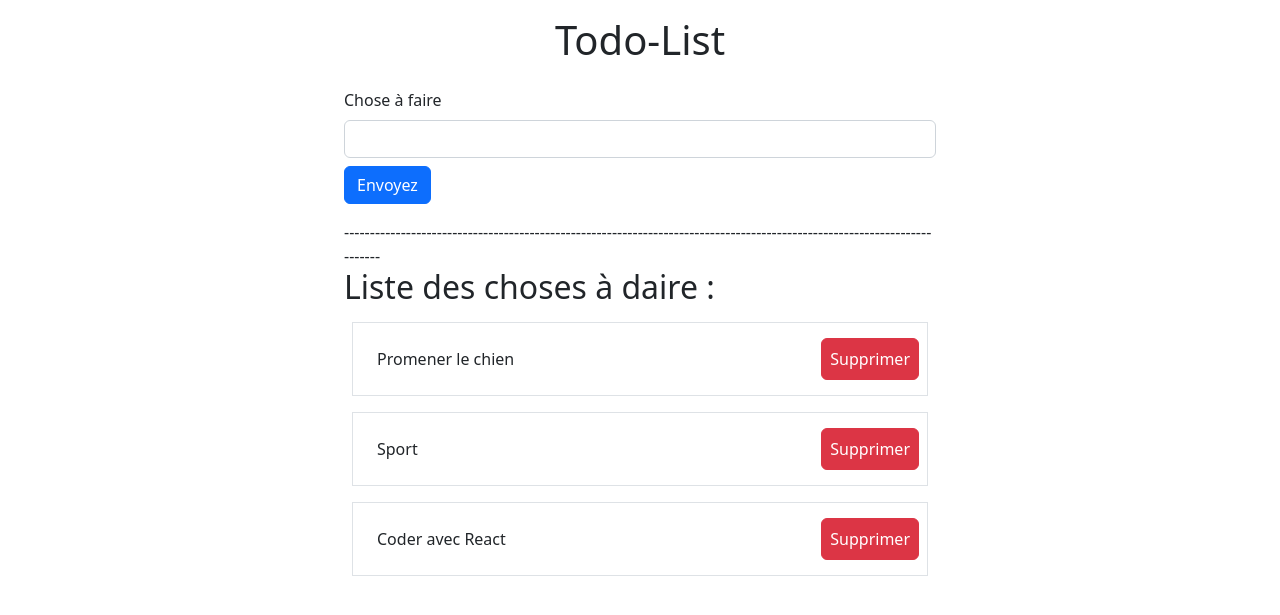
Repository: Michelhof1978/toDoListReact
Page: / (app in APPLICATION/)
These files come from the project's save history. The page is drawn as it stood at one moment and after the next save; the edit follows.
The browser window is 1280 px wide. The pictures show the whole page.
The project was rebuilt for these pictures with package versions that can differ from the ones it lists, and the page was loaded fresh each time.

Above is the page before, as saved 2023-05-17 16:43:43.

After the next save:
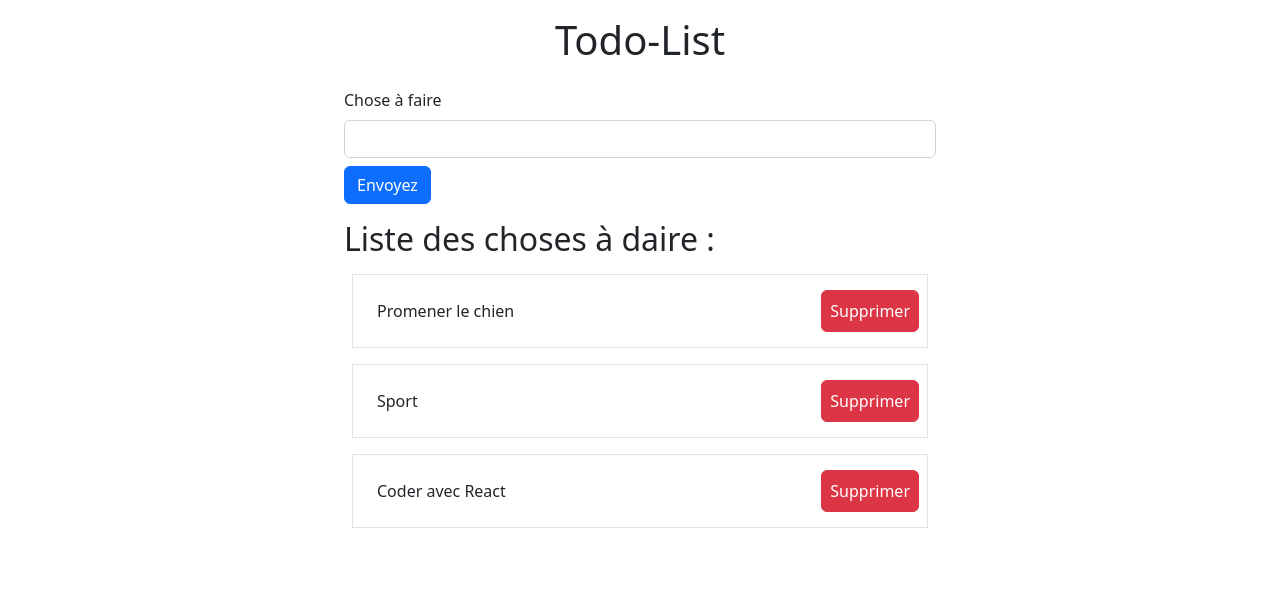
Saved 6 s later.
--- a/APPLICATION/src/Components/Form.js
+++ b/APPLICATION/src/Components/Form.js
@@ -65,7 +65,7 @@ export default function Form(){
 
                 <button className="mt-2 btn btn-primary d-block">Envoyez</button>
             </form>
-            -------------------------------------------------------------------------------------------------------------------------
+            {/* ------------------------------------------------------------------------------------------------------------------------- */}
             <h2>Liste des choses à daire : </h2>
             <ul className="list-group"> {/*On retourne une liste avec les Items grâce à la classe list-group de bootstrap */}
                 {dataArray.map(item => {// map va retourner un nouveau tableau ,item est un paramètre de la fonction de rappel utilisée dans la méthode map()
